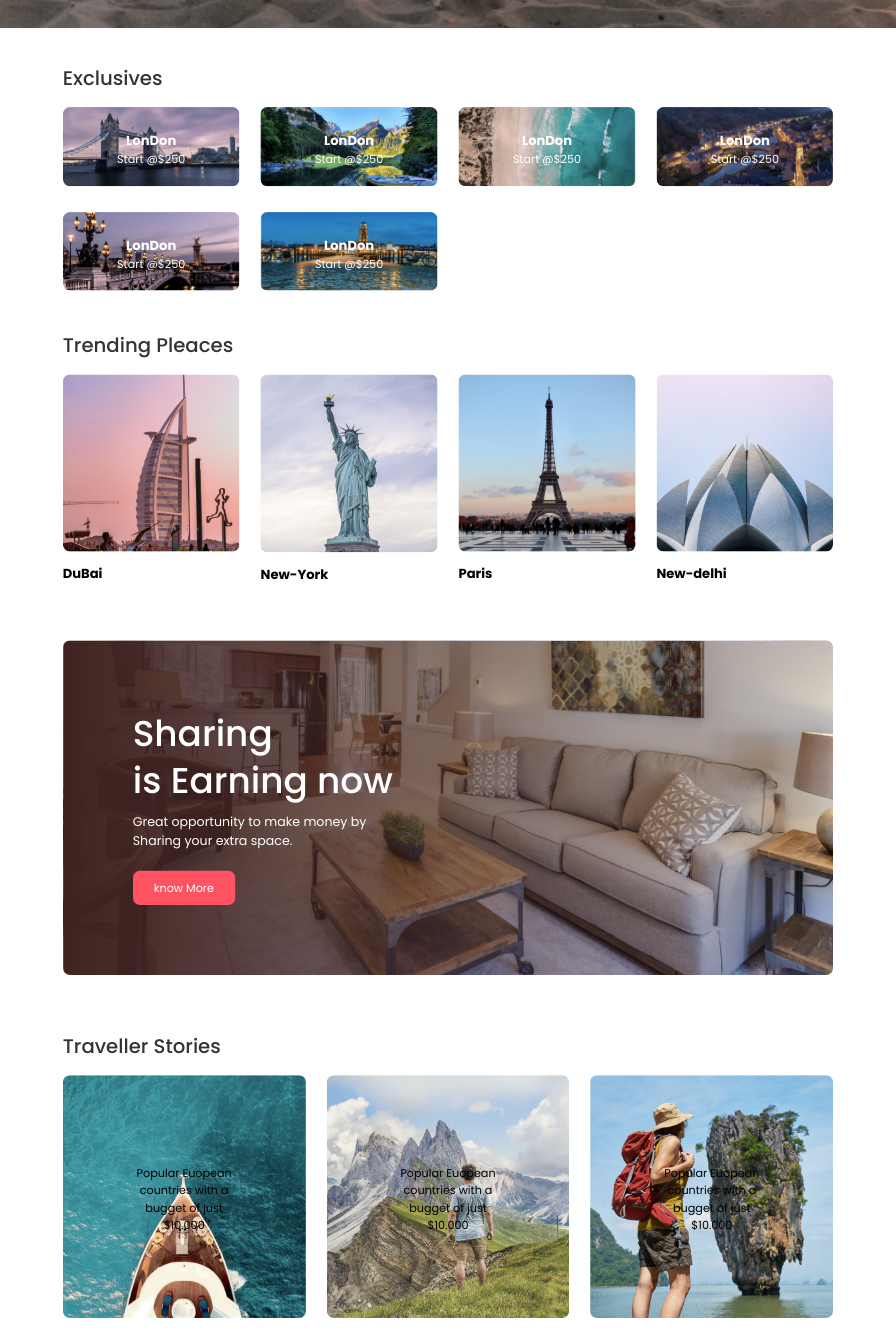
Repository: pinocoding/AirBnB
Page: house.html
The author's editor kept a copy of each file at every save. The page is drawn from the files as they stood at one save, then again after a run of saves.
The browser window is 1280 px wide. The pictures show the part of the page from y = 680 to 2600 px (the page is 2600 px tall), at 70% of full size.

Above is the page before, as saved 2022-01-23 16:11:09.

After the next 2 saves:
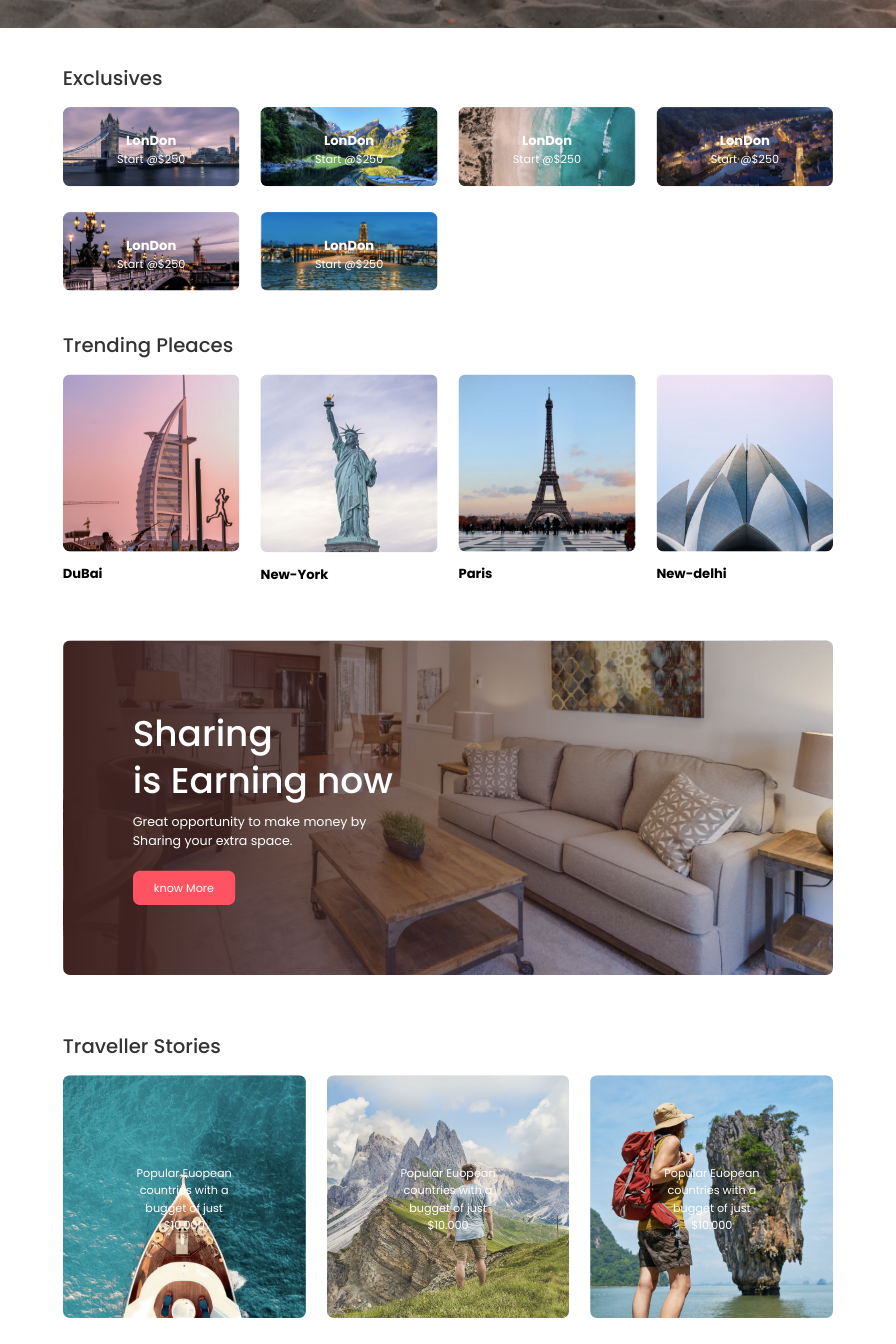
The 2 saves are shown as one change because they came seconds apart.
The last was saved 19 s later.
--- a/style.css
+++ b/style.css
@@ -199,4 +199,5 @@ padding-top: 22%
   top: 50%;
   left: 50%;
   transform: translate(-50%,-50%);
-}
+  color: var(--text-colorWhite);
+}
